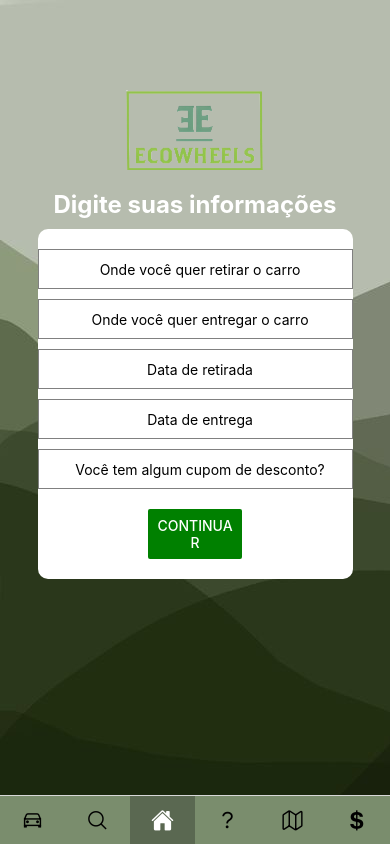
Repository: GabrielAron/EcoWheels
Screen: /Home
An editor plug-in stored every save of this project. The screen is shown before and after a run of saves, followed by the edit.
The app was drawn by React Native's web renderer in a window 390 px wide. The project was rebuilt for these pictures with package versions that can differ from the ones it lists, and the page was loaded fresh each time. Also part of the build but not shown: src/Paginas/Carros/index.js, src/Paginas/Ajuda/index.js, src/Paginas/Mapa/index.js, src/Paginas/Pagamento/pagamento.js.

Above is the screen before, as saved 2023-11-25 13:03:52.

### App.js
import React from 'react';
import Routes from './src/Paginas/routes';
import { ReservaProvider } from './src/Paginas/ReservaContext';


function App() {
  return (
    <ReservaProvider>
      <Routes />
    </ReservaProvider>
  );
}

export default App;

### src/Paginas/routes.js
import React from 'react';
import { createBottomTabNavigator } from '@react-navigation/bottom-tabs';
import { NavigationContainer } from '@react-navigation/native';
import { Ionicons } from '@expo/vector-icons';

import Home from './Home';
import Explorar from './Carros';
import Ajuda from './Ajuda';
import Reservas from './Locacoes';
import Recarga from './Mapa';
import Pagamento from './Pagamento/pagamento';

const Tab = createBottomTabNavigator();

export default function Routes() {
  return (
    <NavigationContainer>
      <Tab.Navigator
        tabBarOptions={{
          showLabel: false,
          inactiveBackgroundColor: '#7A8D6D',
          activeBackgroundColor: '#5A6851',
        }}
        style={{
          position: 'absolute',
          backgroundColor: '#7A8D6D',
          height: 100,
        }}
      >
        <Tab.Screen
          name="Reservas"
          component={Reservas}
          options={{
            headerShown: false,
            tabBarIcon: ({ color, size, focused }) => {
              if (focused) {
                return <Ionicons name="md-car" size={23} color="#FFF" />;
              } else {
                return <Ionicons name="md-car-outline" size={23} color="#000000" />;
              }
            },
          }}
        />
        <Tab.Screen
          name="Explorar"
          component={Explorar}
          options={{
            headerShown: false,
            tabBarIcon: ({ color, size, focused }) => {
              if (focused) {
                return <Ionicons name="md-search" size={23} color="#FFF" />;
              } else {
                return <Ionicons name="md-search-outline" size={23} color="#000000" />;
              }
            },
          }}
        />
        <Tab.Screen
          name="Home"
          component={Home}
          options={{
            headerShown: false,
            tabBarIcon: ({ color, size, focused }) => {
              if (focused) {
                return <Ionicons name="md-home" size={23} color="#FFF" />;
              } else {
                return <Ionicons name="md-home-outline" size={23} color="#000000" />;
              }
            },
          }}
        />
        <Tab.Screen
          name="Ajuda"
          component={Ajuda}
          options={{
            headerShown: false,
            tabBarIcon: ({ color, size, focused }) => {
              if (focused) {
                return <Ionicons name="md-help" size={23} color="#FFF" />;
              } else {
                return <Ionicons name="md-help-outline" size={23} color="#000000" />;
              }
            },
          }}
        />
        <Tab.Screen
          name="Recarga"
          component={Recarga}
          options={{
            headerShown: false,
            tabBarIcon: ({ color, size, focused }) => {
              if (focused) {
                return <Ionicons name="md-map" size={23} color="#FFF" />;
              } else {
                return <Ionicons name="md-map-outline" size={23} color="#000000" />;
              }
            },
          }}
        />
         <Tab.Screen
          name="Pagamento"
          component={Pagamento}
          options={{
            headerShown: false,
            tabBarIcon: ({ color, size, focused }) => {
              if (focused) {
                return <Ionicons name="logo-usd" size={23} color="#FFF" />;

              } else {
                return <Ionicons name="logo-usd" size={23} color="#000000" />;
              }
            },
          }}
        />
      </Tab.Navigator>
    </NavigationContainer>
  );
}

### src/Paginas/ReservaContext.js
import React, { createContext, useState } from 'react';

export const ReservaContext = createContext();

export const ReservaProvider = ({ children }) => {
  const [reservas, setReservas] = useState([]);

  return (
    <ReservaContext.Provider value={{ reservas, setReservas }}>
      {children}
    </ReservaContext.Provider>
  );
};

### src/Paginas/Home/index.js
import React, { useState } from 'react';
import { View, Text, TextInput, Button, StyleSheet, ImageBackground, Modal, TouchableOpacity, Image } from 'react-native';
import Fundo from '/imagens/fundoverde.jpg';
import Logo from '/imagens/Logo_EletriCar.png';

export default function Home() {
  const [date, setDate] = useState('');
  const [returnDate, setReturnDate] = useState('');
  const [showModal, setShowModal] = useState(false);

  const handleDateChange = (text) => {
    const numericText = text.replace(/[^0-9]/g, '');
    let formattedText = numericText.replace(/(\d{2})(\d{2})(\d{4})/, '$1/$2/$3');
    formattedText = formattedText.substring(0, 10);
    setDate(formattedText);
  };

  const handleReturnDateChange = (text) => {
    const numericText = text.replace(/[^0-9]/g, '');
    let formattedText = numericText.replace(/(\d{2})(\d{2})(\d{4})/, '$1/$2/$3');
    formattedText = formattedText.substring(0, 10);
    setReturnDate(formattedText);
  };

  const handleContinue = () => {
    if (date.trim() === '' || returnDate.trim() === '') {
      setShowModal(true);
    } else {
      // Lógica para continuar
    }
  };

  return (
    <ImageBackground source={Fundo} style={styles.image}>
      <View style={styles.container}>
        <View style={styles.logoContainer}>
          <Image source={Logo} style={styles.logo} resizeMode="contain" />
          <Text style={styles.title}>Digite suas informações</Text>
        </View>
        <View style={styles.cardContainer}>
          <View style={styles.formContainer}>
            <TextInput style={styles.input} placeholder="Onde você quer retirar o carro" />
            <TextInput style={styles.input} placeholder="Onde você quer entregar o carro" />
            <TextInput style={styles.input} placeholder="Data de retirada" keyboardType="numeric" value={date} onChangeText={handleDateChange} />
            <TextInput style={styles.input} placeholder="Data de entrega" keyboardType="numeric" value={returnDate} onChangeText={handleReturnDateChange} />
            <TextInput style={styles.input} placeholder="Você tem algum cupom de desconto?" />
            <View style={styles.buttonContainer}>
              <Button title="Continuar" onPress={handleContinue} color="green" />
            </View>
          </View>
        </View>
        <Modal visible={showModal} animationType="fade" transparent>
          <View style={styles.modalContainer}>
            <View style={styles.modalContent}>
              <Text style={styles.modalText}>Preencha todos os campos corretamente!</Text>
              <TouchableOpacity style={styles.modalButton} onPress={() => setShowModal(false)}>
                <Text style={styles.modalButtonText}>OK</Text>
              </TouchableOpacity>
            </View>
          </View>
        </Modal>
      </View>
    </ImageBackground>
  );
}

const styles = StyleSheet.create({
  container: {
    flex: 1,
    justifyContent: 'center',
    padding: 20,
  },
  image: {
    flex: 1,
    resizeMode: 'cover',
    justifyContent: 'center',
  },
  title: {
    fontSize: 24,
    fontWeight: 'bold',
    textAlign: 'center',
    marginBottom: 10, // Altere o valor para reduzir a margem inferior
    color: '#fff',
  },
  cardContainer: {
    flex: 2, // Altere para um valor maior para aumentar a altura do card
    alignItems: 'center',
  },
  input: {
    height: 40,
    borderColor: 'gray',
    borderWidth: 1,
    marginBottom: 10,
    paddingLeft: 10,
    textAlign: 'center',
  },
  formContainer: {
    backgroundColor: 'white',
    borderRadius: 10,
    width: '90%',
    alignSelf: 'center',
    paddingVertical: 20, // Aumente o valor para aumentar a altura do formulário
  },
  buttonContainer: {
    width: '30%',
    alignSelf: 'center',
    marginTop: 10,
  },
  modalContainer: {
    flex: 1,
    justifyContent: 'center',
    alignItems: 'center',
    backgroundColor: 'rgba(0, 0, 0, 0.5)',
  },
  modalContent: {
    backgroundColor: 'white',
    borderRadius: 10,
    padding: 20,
    alignItems: 'center',
    elevation: 5,
  },
  modalText: {
    fontSize: 18,
    marginBottom: 1,
  },
  modalButton: {
    backgroundColor: 'green',
    borderRadius: 5,
    paddingVertical: 10,
    paddingHorizontal: 20,
  },
  modalButtonText: {
    color: 'white',
    fontWeight: 'bold',
    fontSize: 16,
  },
  logoContainer: {
    alignItems: 'center',
    marginTop: 20, // Adicione um valor de margem superior
  },
  logo: {
    width: 150,
    height: 150,
  },
});

### src/Paginas/Locacoes/index.js
import React, { useState, useContext } from 'react';
import { View, Text, ImageBackground, Button, StyleSheet, ScrollView, Modal, Alert } from 'react-native';
import Fundo from '/imagens/fundoverde.jpg';
import { ReservaContext } from '../ReservaContext'; // Atualize o caminho conforme necessário

const Card = ({ id, title, image }) => {
  const [modalVisible, setModalVisible] = useState(false);
  const { reservas, setReservas } = useContext(ReservaContext);
  const [carros, setCarros] = useState([

      { id: 1, title: "QUALIDADE PARA UM CONFORTO E ÓTIMO PASSEIO - Exquisite Cruiser 1.8", image: "https://cdn.leonardo.ai/users/cf8d0bec-5da3-4e6a-aed2-13735b2a6925/generations/a40b4ef5-35ec-4e32-a5ff-cc2ef5e85345/PhotoReal_make_a_background_image_for_a_cell_phone_application_2.jpg?w=512" },
      { id: 2, title: "DESIGN E CONFORTO EM UM - Rider GT 3.0", image: "https://cdn.leonardo.ai/users/cf8d0bec-5da3-4e6a-aed2-13735b2a6925/generations/a40b4ef5-35ec-4e32-a5ff-cc2ef5e85345/PhotoReal_make_a_background_image_for_a_cell_phone_application_3.jpg?w=512" },
      { id: 3, title: "FORÇA PARA DESAFIOS OFF-Road - Viper GT 3.0 ", image: "https://cdn.leonardo.ai/users/cf8d0bec-5da3-4e6a-aed2-13735b2a6925/generations/a0fe3adc-2c2f-4336-bc49-e57599170dd1/PhotoReal_faa_um_hummer_eltrico_novo_andando_por_uma_cidade_3.jpg?w=512" },
      { id: 4, title: "UM CARRO ANTIGO E ESTILOSO PARA OS AMANTES DE CLÁSSICOS - Bentley 1.8", image: "https://cdn.leonardo.ai/users/cf8d0bec-5da3-4e6a-aed2-13735b2a6925/generations/c6457b66-6149-4c4d-8408-99c27071dc1e/PhotoReal_faa_um_carro_eletrico_executivo_andando_por_uma_cida_0.jpg?w=512" },
      { id: 5, title: "UM CARRO VERSÁTIL QUE ATENDE A TODAS AS NECESSIDADES FLEXUS X 1.0", image: "https://cdn.leonardo.ai/users/cf8d0bec-5da3-4e6a-aed2-13735b2a6925/generations/f62f0f84-2ea5-4c9d-a4e3-33ade848f3b2/PhotoReal_make_a_background_image_for_a_cell_phone_application_3.jpg?w=512" },
      { id: 6, title: "UMA OPÇÃO PERFEITA PARA QUEM BUSCA PRATICIDADE E CONFORTO - LUXURY DRIVE 1.6", image: "https://cdn.leonardo.ai/users/cf8d0bec-5da3-4e6a-aed2-13735b2a6925/generations/589507b8-d87b-4a85-b05e-c325ccebd6b6/PhotoReal_make_a_background_image_for_a_cell_phone_application_1.jpg?w=512" },
      { id: 7, title: "UM CARRO ESPORTIVO COM DESEMPENHO DE ALTA POTÊNCIA Vortex GT 5.0", image: "https://fotos-jornaldocarro-estadao.nyc3.cdn.digitaloceanspaces.com/wp-content/uploads/2023/01/13072602/Carro_esportivo.jpg" },
    ]);


  return (
    <View style={styles.card}>
      <ImageBackground source={{ uri: image }} style={styles.image}>
        <View style={styles.content}>
          <Text style={styles.title}>{title}</Text>
          <Button title="Reservar" onPress={() => setModalVisible(true)} />
        </View>
      </ImageBackground>

      <Modal
        animationType="slide"
        transparent={true}
        visible={modalVisible}
        onRequestClose={() => {
          Alert.alert("Modal has been closed.");
          setModalVisible(!modalVisible);
        }}
      >
        <View style={styles.centeredView}>
          <View style={styles.modalView}>
            <Text style={styles.modalText}>Deseja mesmo reservar o carro?</Text>

            <Button
              style={[styles.button, styles.buttonClose]}
              onPress={() => {
                setReservas([...reservas, { id, title, image }]);
                setCarros(carros.filter(carro => carro.id !== id));
                setModalVisible(!modalVisible);
              }}
              title="Sim"
            />
            <Button
              style={[styles.button, styles.buttonCancel]}
              onPress={() => setModalVisible(!modalVisible)}
              title="Não"
            />
          </View>
        </View>
      </Modal>
    </View>
  );
};

export default function Reservas() {
  return (
    <View style={styles.container}>
      <ImageBackground source={Fundo} style={styles.image}>
        <Text style={styles.text}>Carros</Text>
        <View style={styles.cardContainer}>
          <ScrollView showsVerticalScrollIndicator={false}>
            <Card id={1} title="QUALIDADE PARA UM CONFORTO E ÓTIMO PASSEIO - Exquisite Cruiser 1.8" image="https://cdn.leonardo.ai/users/cf8d0bec-5da3-4e6a-aed2-13735b2a6925/generations/a40b4ef5-35ec-4e32-a5ff-cc2ef5e85345/PhotoReal_make_a_background_image_for_a_cell_phone_application_2.jpg?w=512" />
            <Card id={2} title="DESIGN E CONFORTO EM UM - Rider GT 3.0" image="https://cdn.leonardo.ai/users/cf8d0bec-5da3-4e6a-aed2-13735b2a6925/generations/a40b4ef5-35ec-4e32-a5ff-cc2ef5e85345/PhotoReal_make_a_background_image_for_a_cell_phone_application_3.jpg?w=512" />
            <Card id={3} title="FORÇA PARA DESAFIOS OFF-Road - Viper GT 3.0 " image="https://cdn.leonardo.ai/users/cf8d0bec-5da3-4e6a-aed2-13735b2a6925/generations/a0fe3adc-2c2f-4336-bc49-e57599170dd1/PhotoReal_faa_um_hummer_eltrico_novo_andando_por_uma_cidade_3.jpg?w=512" />
            <Card id={4} title="UM CARRO ANTIGO E ESTILOSO PARA OS AMANTES DE CLÁSSICOS - Bentley 1.8" image="https://cdn.leonardo.ai/users/cf8d0bec-5da3-4e6a-aed2-13735b2a6925/generations/c6457b66-6149-4c4d-8408-99c27071dc1e/PhotoReal_faa_um_carro_eletrico_executivo_andando_por_uma_cida_0.jpg?w=512" />
            <Card id={5} title="UM CARRO VERSÁTIL QUE ATENDE A TODAS AS NECESSIDADES FLEXUS X 1.0" image="https://cdn.leonardo.ai/users/cf8d0bec-5da3-4e6a-aed2-13735b2a6925/generations/f62f0f84-2ea5-4c9d-a4e3-33ade848f3b2/PhotoReal_make_a_background_image_for_a_cell_phone_application_3.jpg?w=512" />
            <Card id={6} title="UMA OPÇÃO PERFEITA PARA QUEM BUSCA PRATICIDADE E CONFORTO - LUXURY DRIVE 1.6" image="https://cdn.leonardo.ai/users/cf8d0bec-5da3-4e6a-aed2-13735b2a6925/generations/589507b8-d87b-4a85-b05e-c325ccebd6b6/PhotoReal_make_a_background_image_for_a_cell_phone_application_1.jpg?w=512" />
            <Card id={7} title="UM CARRO ESPORTIVO COM DESEMPENHO DE ALTA POTÊNCIA Vortex GT 5.0" image="https://fotos-jornaldocarro-estadao.nyc3.cdn.digitaloceanspaces.com/wp-content/uploads/2023/01/13072602/Carro_esportivo.jpg" />
          </ScrollView>
        </View>
      </ImageBackground>
    </View>
  );
}


const styles = StyleSheet.create({
  container: {
    flex: 1,
  },
  image: {
    flex: 1,
    resizeMode: 'cover',
    justifyContent: 'center',
  },
  text: {
    color: '#fffbff',
    fontSize: 36,
    position: 'absolute',
    top: 50,
    left: 0,
    right: 0,
    fontWeight: 'bold',
    textAlign: 'center',
  },
  cardContainer: {
    flex: 1,
    alignItems: 'center',
    justifyContent: 'center',
    paddingTop: 200,
    paddingLeft: 75,
  },
  card: {
    width: '90%',
    height: 200,
    marginBottom: 45,
    borderRadius: 10,
    overflow: 'hidden',
  },
  image: {
    flex: 1,
    resizeMode: 'cover',
    justifyContent: 'center',
  },
  content: {
    padding: 10,
    alignItems: 'center',
    justifyContent: 'center',
  },
  title: {
    fontSize: 16,
    fontWeight: 'bold',
    color: '#fffbff',
  },
  overlay: {
    ...StyleSheet.absoluteFillObject,
    backgroundColor: 'rgba(128, 128, 128, 0.5)',
  },
  centeredView: {
    flex: 1,
    justifyContent: "center",
    alignItems: "center",
    marginTop: 22
  },
  modalView: {
    margin: 20,
    backgroundColor: "white",
    borderRadius: 20,
    padding: 35,
    alignItems: "center",
    shadowColor: "#000",
    shadowOffset: {
      width: 0,
      height: 2
    },
    shadowOpacity: 0.25,
    shadowRadius: 4,
    elevation: 5
  },
  button: {
    borderRadius: 20,
    padding: 10,
    elevation: 2
  },
  buttonClose: {
    backgroundColor: "#2196F3",
  },
  buttonCancel: {
    backgroundColor: "#f00",
  },
  modalText: {
    marginBottom: 15,
    textAlign: "center"
  }
});

After the next 2 saves:
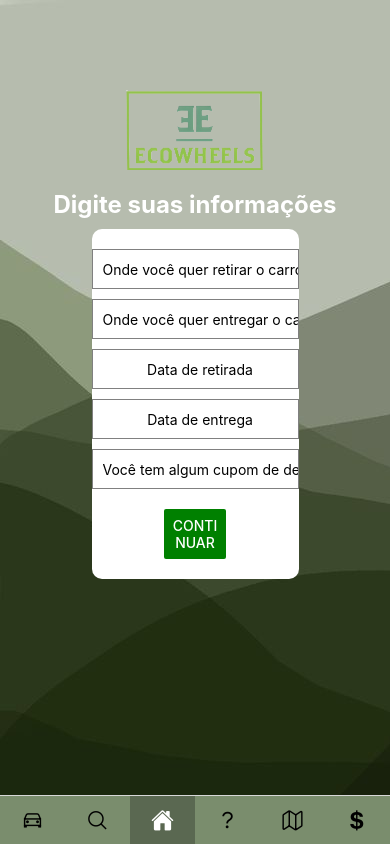
The 2 saves are shown as one change because they came seconds apart.
The last was saved 12 s later.
--- a/src/Paginas/Home/index.js
+++ b/src/Paginas/Home/index.js
@@ -67,7 +67,7 @@
 const styles = StyleSheet.create({
   container: {
     flex: 1,
-    justifyContent: 'center',
+    alignItems: 'center',
     padding: 20,
   },
   image: {

After the save that followed:
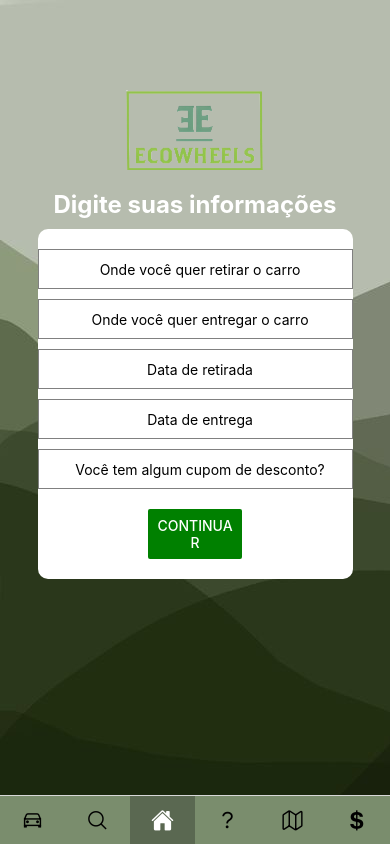
Saved 4 s later.
--- a/src/Paginas/Home/index.js
+++ b/src/Paginas/Home/index.js
@@ -67,7 +67,7 @@
 const styles = StyleSheet.create({
   container: {
     flex: 1,
-    alignItems: 'center',
+    justifyContent: 'center',
     padding: 20,
   },
   image: {
